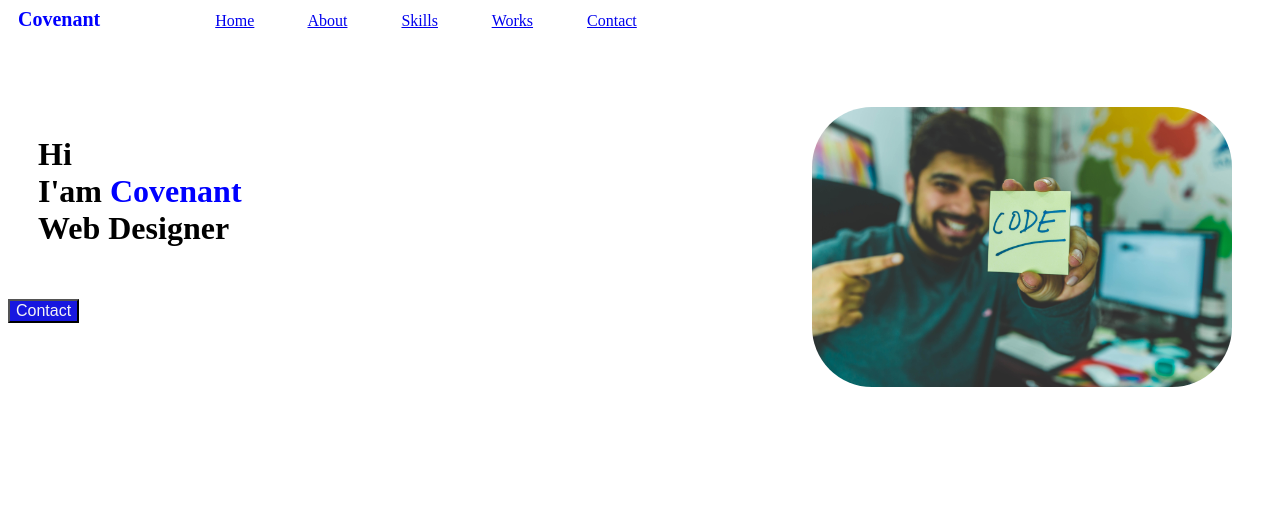
Repository: Tobby004/bdc-assignment-1
Page: index.html
The author's editor kept a copy of each file at every save. The page is drawn from the files as they stood at one save, then again after the next save.
The browser window is 1280 px wide. The pictures show the whole page.

Above is the page before, as saved 2023-02-09 10:25:06.

After the next save:
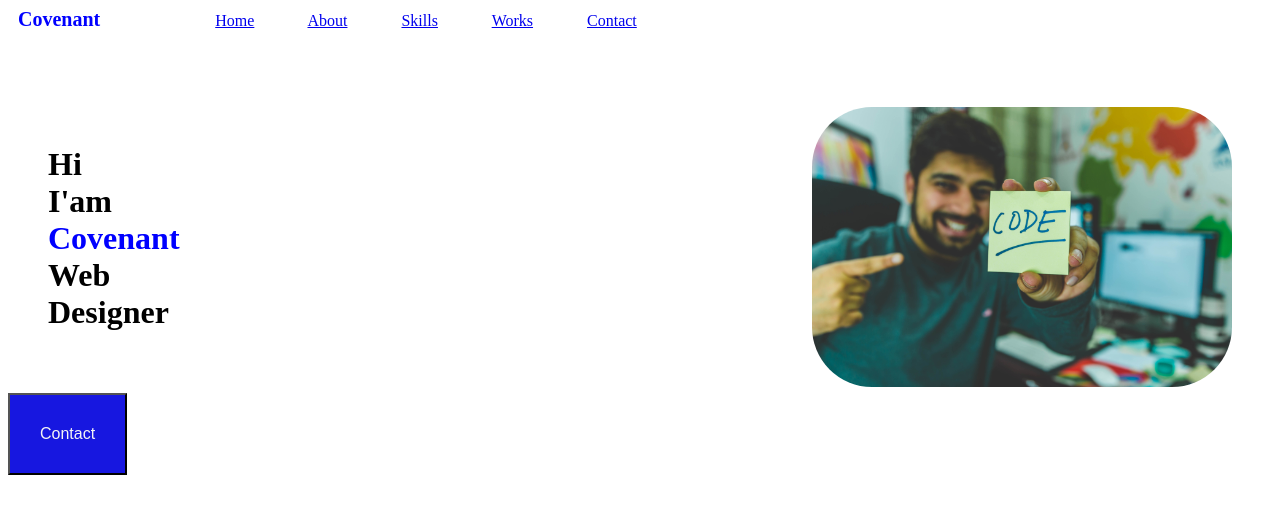
Saved 79 s later.
--- a/task.css
+++ b/task.css
@@ -35,7 +35,10 @@ button {
     font-size: medium;
     display: block;
     color: whitesmoke;
+    max-width: 500%;
+    padding: 30px;
 }
 h1 {
-    padding: 30px;
+    padding: 40px;
+    width: 100px;
 }
